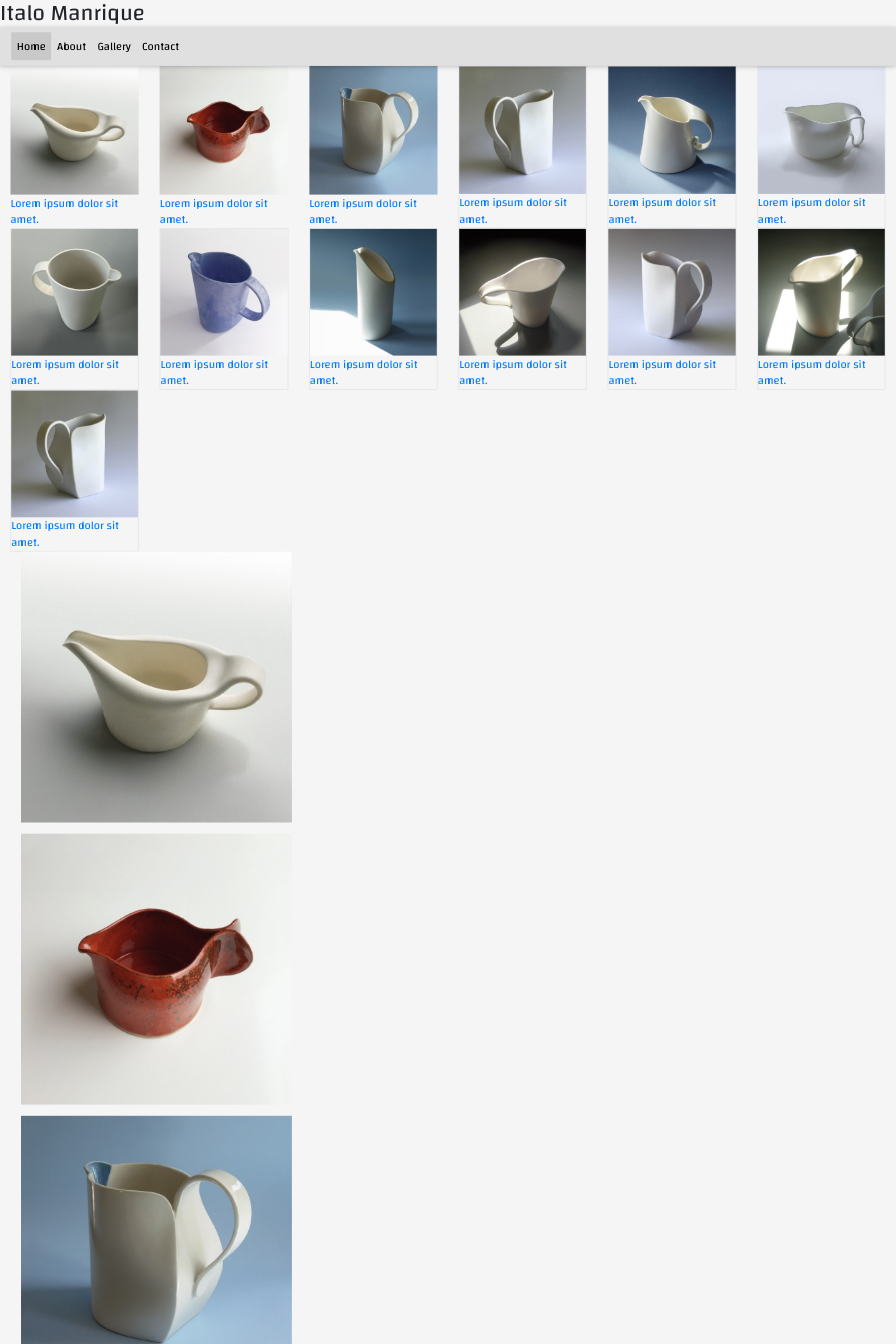
Repository: ManrOsca/ceramics
Page: MDB/gallery.html
The author's editor kept a record of every edit. The page is drawn from the files as they stood at one moment, then again after the next edit.
The browser window is 1280 px wide. The pictures show the part of the page from y = 0 to 1920 px (the page is 6023 px tall), at 70% of full size.

Above is the page before.

After the next edit:
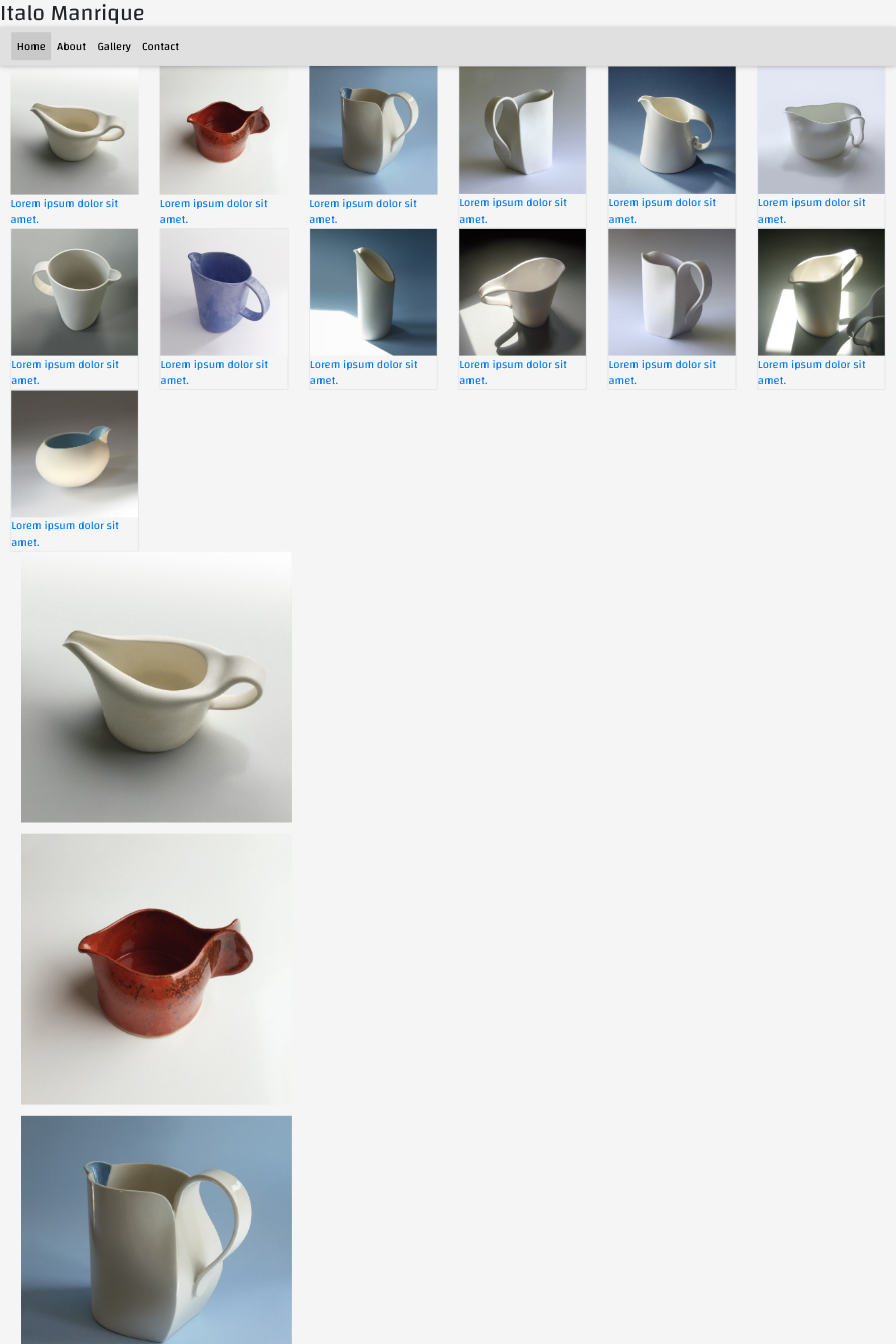
The edit:
--- a/MDB/gallery.html
+++ b/MDB/gallery.html
@@ -183,8 +183,8 @@
 
                 <div class="col-lg-2 col-sm-4">
                   <div class="img-thumbnail">
-                      <a href="img/jug-2.jpg">
-                     <img src="img/jug-2-thumb.jpg" alt="maid" class="img-responsive">
+                      <a href="img/maid.jpg">
+                     <img src="img/maid-thumb.jpg" alt="maid" class="img-responsive">
                      <div class="caption">Lorem ipsum dolor sit amet.</div>
                      </a>
                   </div>
